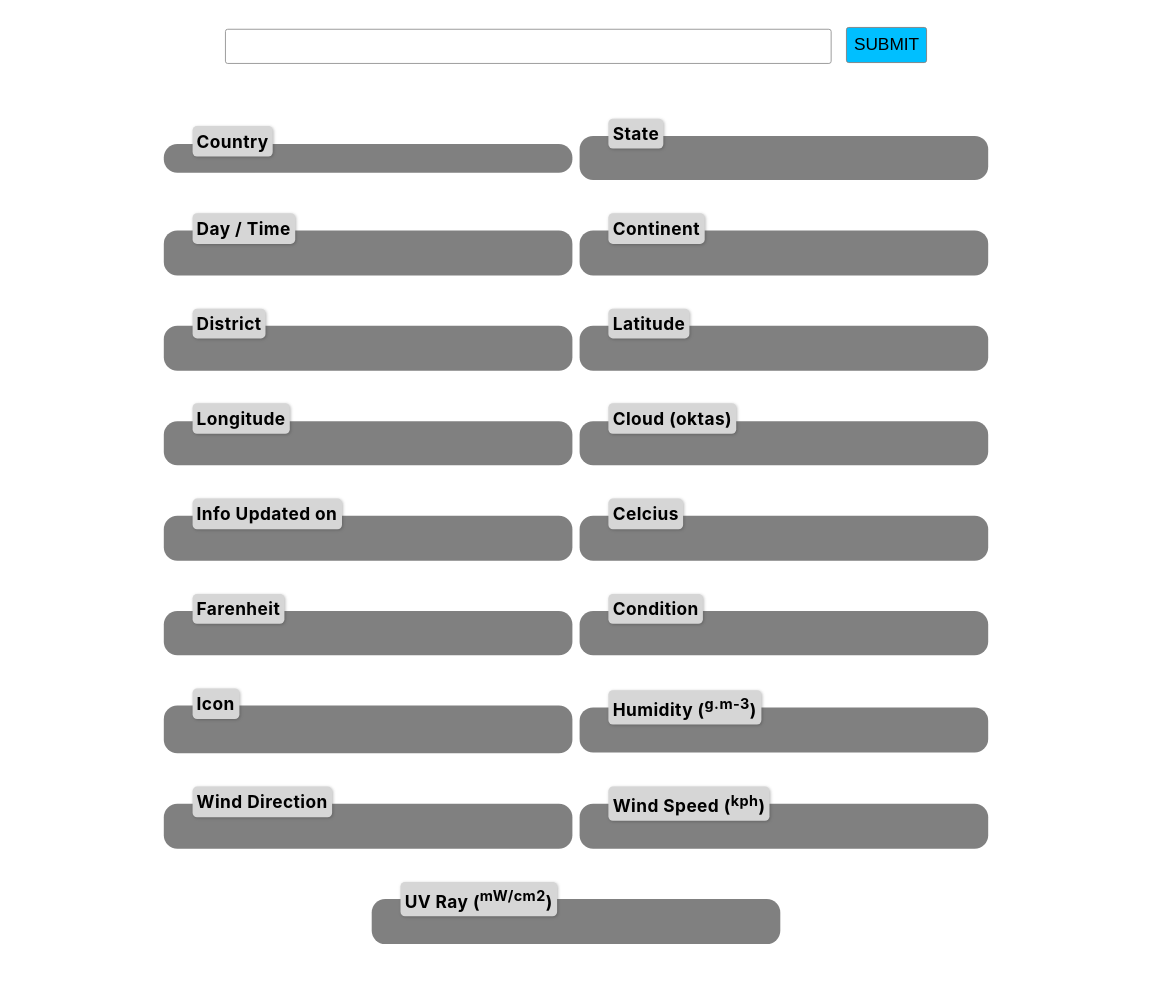
Repository: Imprasna/practising-API
Page: /
The author's editor kept a copy of each file at every save. The page is drawn from the files as they stood at one save, then again after a run of saves.
The browser window is 1280 px wide. The pictures show the whole page, at 90% of full size.
The project was rebuilt for these pictures with package versions that can differ from the ones it lists, and the page was loaded fresh each time.

Above is the page before, as saved 2021-11-11 23:28:13.

After the next 2 saves:
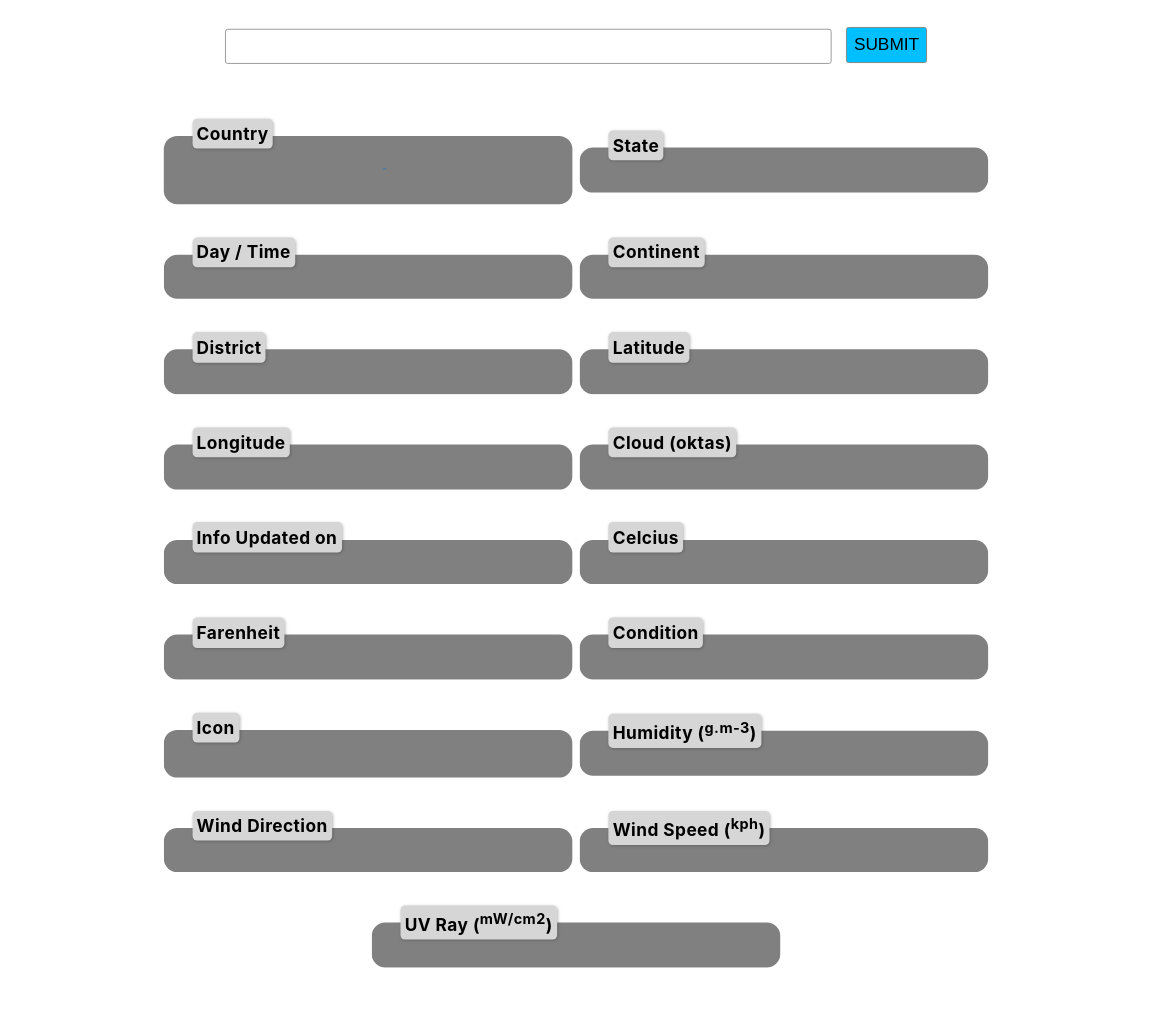
The 2 saves are shown as one change because 1 did not build or start.
The last was saved 19 s later.
--- a/src/Get.js
+++ b/src/Get.js
@@ -84,7 +84,7 @@ const Get = () => {
 
 			<div className="whole">
 				<div className="Country">
-
+					<CircularProgress />
 					<h1>Country</h1>
 					<Country CName={getPost} />
 				</div>
